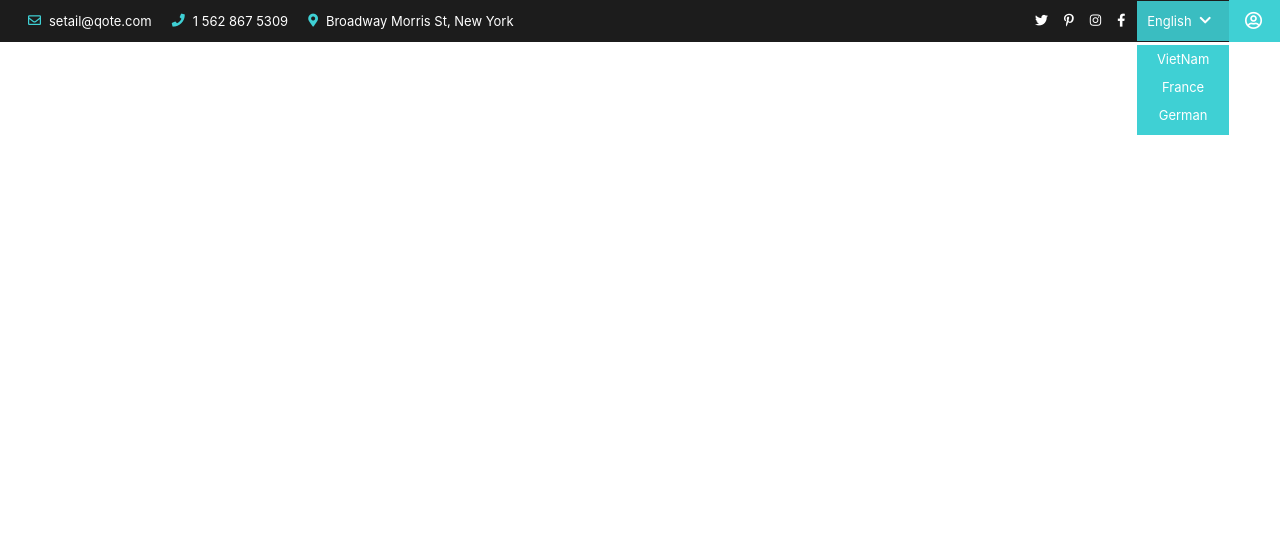
Repository: Hunga9k50doker/Setail
Page: /
The author's editor kept a copy of each file at every save. The page is drawn from the files as they stood at one save, then again after the next save.
The browser window is 1280 px wide. The pictures show the whole page.
The project was rebuilt for these pictures with package versions that can differ from the ones it lists, and the page was loaded fresh each time.

Above is the page before, as saved 2021-10-17 23:47:41.

### public/index.html
<!DOCTYPE html>
<html lang="en">

<head>
  <meta charset="utf-8" />
  <link rel="icon" href="%PUBLIC_URL%/favicon.ico" />
  <meta name="viewport" content="width=device-width, initial-scale=1" />
  <meta name="theme-color" content="#000000" />
  <meta name="description" content="Web site created using create-react-app" />
  <link rel="stylesheet" href="./font/fontawesome-free-5.15.3-web/css/all.min.css">
  <link rel="apple-touch-icon" href="%PUBLIC_URL%/logo192.png" />
  <!--
      manifest.json provides metadata used when your web app is installed on a
      user's mobile device or desktop. See https://developers.google.com/web/fundamentals/web-app-manifest/
    -->
  <link rel="manifest" href="%PUBLIC_URL%/manifest.json" />
  <!--
      Notice the use of %PUBLIC_URL% in the tags above.
      It will be replaced with the URL of the `public` folder during the build.
      Only files inside the `public` folder can be referenced from the HTML.

      Unlike "/favicon.ico" or "favicon.ico", "%PUBLIC_URL%/favicon.ico" will
      work correctly both with client-side routing and a non-root public URL.
      Learn how to configure a non-root public URL by running `npm run build`.
    -->
  <title>React App</title>
</head>

<body>
  <noscript>You need to enable JavaScript to run this app.</noscript>
  <div id="root"> </div>
  <script type="text/babel">
  </script>
  <!--
      This HTML file is a template.
      If you open it directly in the browser, you will see an empty page.

      You can add webfonts, meta tags, or analytics to this file.
      The build step will place the bundled scripts into the <body> tag.

      To begin the development, run `npm start` or `yarn start`.
      To create a production bundle, use `npm run build` or `yarn build`.
    -->
</body>

</html>

### src/index.js
import React from "react";
import ReactDOM from "react-dom";
import App from "./views/App.js";
import reportWebVitals from "./reportWebVitals";
import "./styles/global.scss";
// import socialNetworks from '../src/components/socialNetworks'

ReactDOM.render(
  <React.StrictMode>
    <App />
  </React.StrictMode>,
  document.getElementById("root")
);

// If you want to start measuring performance in your app, pass a function
// to log results (for example: reportWebVitals(console.log))
// or send to an analytics endpoint. Learn more: https://bit.ly/CRA-vitals
reportWebVitals();

### src/views/App.js
import logo from './logo.svg';
import './App.scss';
import NavOnTop from '../components/NavOnTop/NavOnTop';

function App() {

  return (
    <div className="App">
      <NavOnTop />
    </div>
  );
}

export default App;

### src/styles/global.scss
*{
  margin: 0;
  padding: 0;
  box-sizing: border-box;
}

body {
  margin: 0;
  font-family: -apple-system, BlinkMacSystemFont, 'Segoe UI', 'Roboto', 'Oxygen',
    'Ubuntu', 'Cantarell', 'Fira Sans', 'Droid Sans', 'Helvetica Neue',
    sans-serif;
  -webkit-font-smoothing: antialiased;
  -moz-osx-font-smoothing: grayscale;
}

code {
  font-family: source-code-pro, Menlo, Monaco, Consolas, 'Courier New',
    monospace;
}

ul,li{
  display: inline-block;
  list-style: none;
  padding-left: 0;
}

a{
  text-decoration: none;
  display: inline-block;
}

### src/views/App.scss
.App {
  text-align: center;
  background: #999;
}

### src/components/NavOnTop/NavOnTop.js
// import { render } from "@testing-library/react";
import './NavOnTop.scss';

const NavOnTop = () => {
  return (
    <div class="nav__onTop">
      <ul class="nav__onTop-leftInner">
        <li class="nav__onTop-leftInner-item">
          <i class="far fa-envelope"></i>
          <p class="nav__onTop-leftInner-item-text">setail@qote.com</p>
        </li>
        <li class="nav__onTop-leftInner-item">
          <i class="fas fa-phone"></i>
          <p class="nav__onTop-leftInner-item-text">1 562 867 5309</p>
        </li>
        <li class="nav__onTop-leftInner-item">
          <i class="fas fa-map-marker-alt"></i>
          <p class="nav__onTop-leftInner-item-text">
            Broadway Morris St, New York
          </p>
        </li>
      </ul>
      <ul class="nav__onTop-rightInner">
        <li class="nav__onTop-rightInner-item nav__onTop-rightInner-item-socialNetwork">
          <i class=" fab fa-twitter"></i>
        </li>
        <li class="nav__onTop-rightInner-item nav__onTop-rightInner-item-socialNetwork">
          <i class=" fab fa-pinterest-p"></i>
        </li>
        <li class="nav__onTop-rightInner-item nav__onTop-rightInner-item-socialNetwork">
          <i class=" fab fa-instagram"></i>
        </li>
        <li class="nav__onTop-rightInner-item nav__onTop-rightInner-item-socialNetwork">
          <i class=" fab fa-facebook-f"></i>
        </li>
        <li class="nav__onTop-rightInner-item nav__onTop-rightInner-item-toggleLang">
            <p>English</p>
            <i class="fas fa-chevron-down"></i>
          <div class="nav__onTop-rightInner-item-langs">
            <a href="#" class="nav__onTop-rightInner-item-lang">
              VietNam
            </a>
            <a href="#" class="nav__onTop-rightInner-item-lang">
              France
            </a>
            <a href="#" class="nav__onTop-rightInner-item-lang">
              German
            </a>
          </div>
        </li>
        <li class="nav__onTop-rightInner-item nav__onTop-rightInner-account">
          <i class="far fa-user-circle"></i>
        </li>
      </ul>
    </div>
  );
};

export default NavOnTop;

### src/components/NavOnTop/NavOnTop.scss
.nav__onTop {
  display: flex;
  align-items: center;
  justify-content: space-between;
  padding: 0 0 0 18px;
  background: #1c1c1c;
  color: #fff;
  &-leftInner,
  &-rightInner {
    display: flex;
    align-items: center;
    &-item {
      display: flex;
      align-items: center;
      justify-content: center;
      font-size: 13px;
      padding: 0 10px;
      cursor: pointer;
      &:hover {
        color: #3fd0d4;
      }
      i {
        margin-right: 8px;
      }

      &-langs {
        // display: none;
        position: absolute;
       bottom: calc( -100% - 54px);
       left: 0;
       right: 0;
      z-index: -1;
      transform: translateY(-2);
    }
    &-lang{
        padding:6px 10px;
        display:flex;
        align-items:center;
        justify-content: center;
        flex-direction: column;
        background: #3fd0d4;
        color:#fff;

        &:last-child{
            padding-bottom: 12px;
        }

        &:first-child{
            position: relative;
            &:after{
                content: " ";
                position: absolute;
                width: 100%;
                height: 8px;
                top: -4px;
            }
        }
    }
    }



    &-item-socialNetwork {
      padding-left: 4px;
      padding-right: 4px;
    }
    &-item-toggleLang {
    position: relative;
      background: #3abdc1;
      display: flex;
      align-items: center;
      height: 100%;
      margin: 0;
      padding: 12px 10px;
      justify-content: space-around;
      p {
        display: inline-block;
        margin-right: 8px;
      }
      &:hover .langs{
          animation: langs 0.3s linear;
      }
    }
    &-account {
      background: #3fd0d4;
      padding:12px 10px 12px 16px;
      display: flex;
      align-items: center;
      justify-content: center;
      i {
        display: inline-block;
        font-size: 1.1rem;
      }
    }
  }
   &-leftInner {
      i {
        color: #3fd0d4;
      }
    }
}


// ============Animation=====================

@keyframes langs{
    from {
        transform: scaleX(0);
        opacity:0;
    }
     to {
        transform: scaleX(1);
        opacity:1;
    }
}

Loaded but not shown: src/reportWebVitals.js (common file); public/font/fontawesome-free-5.15.3-web/css/all.min.css (library)

After the next save:
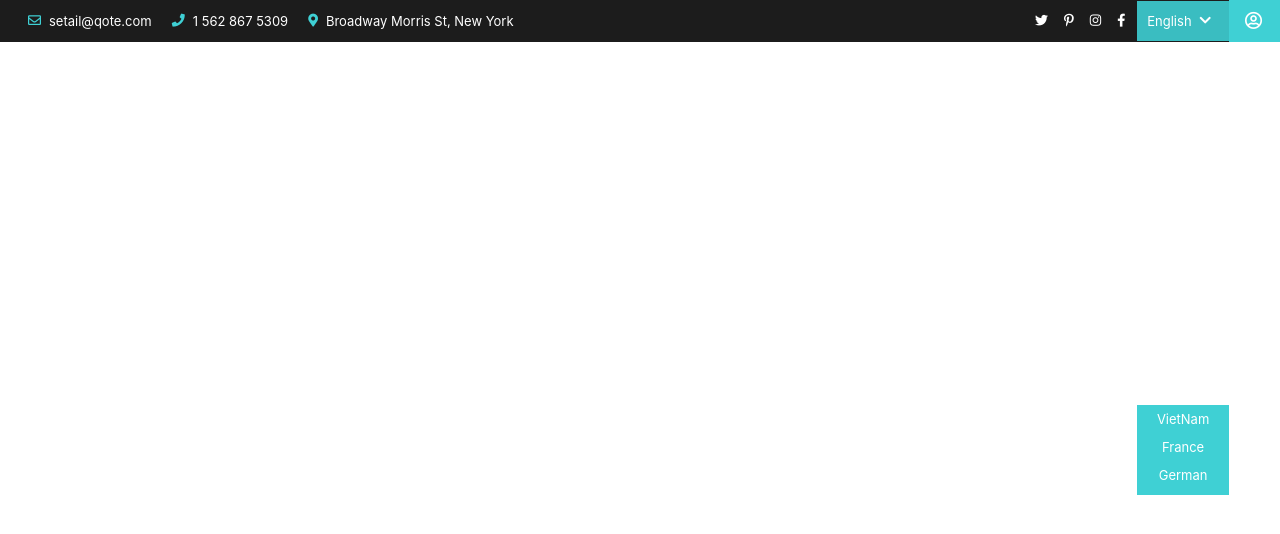
Saved 4 s later.
--- a/src/components/NavOnTop/NavOnTop.scss
+++ b/src/components/NavOnTop/NavOnTop.scss
@@ -30,7 +30,7 @@
        left: 0;
        right: 0;
       z-index: -1;
-      transform: translateY(-2);
+      transform: translateY(400%);
     }
     &-lang{
         padding:6px 10px;
